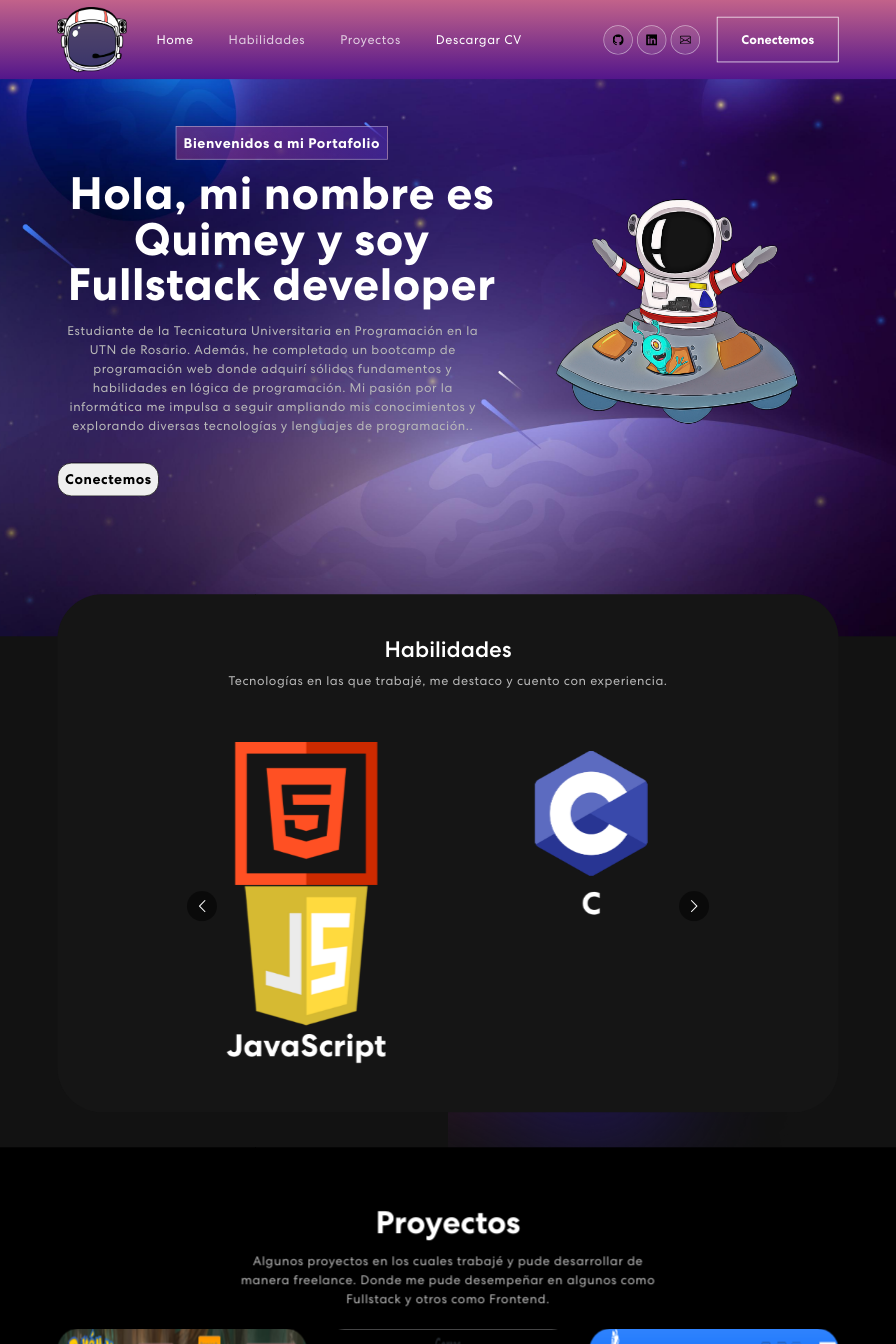
Repository: QuimeyAlejo/Portafolio-V2
Page: /
An editor plug-in stored every save of this project. The page is shown before and after a run of saves, followed by the edit.
The browser window is 1280 px wide. The pictures show the part of the page from y = 0 to 1920 px (the page is 3376 px tall before and 3682 px after), at 70% of full size.
The project was rebuilt for these pictures with package versions that can differ from the ones it lists, and the page was loaded fresh each time. Imported but missing from the stored project, and not drawn on this page: src/components/Curriculum/QuimeyAlejoLopezDeveloper.pdf.

Above is the page before, as saved 2024-04-29 11:00:17.

### public/index.html
<!DOCTYPE html>
<html lang="en">
  <head>
    <meta charset="utf-8" />
    <link rel="icon" href="/gsd.png" />
    <meta name="viewport" content="width=device-width, initial-scale=1" />
    <meta name="theme-color" content="#000000" />
    <meta
      name="description"
      content="Web site created using create-react-app"
    />
    <link rel="apple-touch-icon" href="/gsd.png" />
    <!--
      manifest.json provides metadata used when your web app is installed on a
      user's mobile device or desktop. See https://developers.google.com/web/fundamentals/web-app-manifest/
    -->
    <link rel="manifest" href="%PUBLIC_URL%/manifest.json" />
    <!--
      Notice the use of %PUBLIC_URL% in the tags above.
      It will be replaced with the URL of the `public` folder during the build.
      Only files inside the `public` folder can be referenced from the HTML.

      Unlike "/favicon.ico" or "favicon.ico", "%PUBLIC_URL%/favicon.ico" will
      work correctly both with client-side routing and a non-root public URL.
      Learn how to configure a non-root public URL by running `npm run build`.
    -->
    <title>Quimey Alejo Lopez</title>
  </head>
  <body>
    <noscript>You need to enable JavaScript to run this app.</noscript>
    <div id="root"></div>
    <!--
      This HTML file is a template.
      If you open it directly in the browser, you will see an empty page.

      You can add webfonts, meta tags, or analytics to this file.
      The build step will place the bundled scripts into the <body> tag.

      To begin the development, run `npm start` or `yarn start`.
      To create a production bundle, use `npm run build` or `yarn build`.
    -->
  </body>
</html>

### src/pages/Home.jsx
import React from 'react'
import NavBar from '../components/NavBar/NavBar'
import Banner from '../components/Banner/Banner'
import Skills from '../components/Skills/Skills'
import Projects from '../components/Projects/Projects'
import Contact from '../components/Contact/Contact'
import Footer from '../components/Footer/Footer'

function Home() {
  return (
    <div>
        <NavBar/>
        <Banner />
        <Skills />
        <Projects />
        <Contact />
        <Footer />
    </div>
  )
}

export default Home

### src/components/NavBar/NavBar.jsx
import React, {useState, useEffect} from 'react';
import Container from 'react-bootstrap/Container';
import Nav from 'react-bootstrap/Nav';
import Navbar from 'react-bootstrap/Navbar';
import logo from '../../assets/img/logo.png';
import logogith from '../../assets/img/github.svg'
import logolink from '../../assets/img/linkedin.svg'
import logomail from '../../assets/img/envelope.svg'
import CV from '../Curriculum/QuimeyAlejoLopezDeveloper.pdf'



function NavBar() {

    const [activeLink, setActiveLink] = useState('home');
    const [scrolled, setScrolled] = useState(false)

    useEffect(() => {
        if (window.scrollY > 50) {
            setScrolled(true)
        }else{
            setScrolled(false)
        }

        window.addEventListener('scroll', onscroll)
        return () => window.removeEventListener('scroll', onscroll)
    }, [])

    const onUpdateActiveLink = (value) => {
        setActiveLink(value);
    }

  return (
    <Navbar expand="lg" className={scrolled ? 'scrolled' : '' }>
      <Container>
        <Navbar.Brand href="#home">
            <img className='imgLogo' src={logo} alt='logo'/>
        </Navbar.Brand>
        <Navbar.Toggle aria-controls="basic-navbar-nav">
            <span className='navbar-toggler-icon'></span>
        </Navbar.Toggle>
        <Navbar.Collapse id="basic-navbar-nav">
          <Nav className="me-auto">
          <Nav.Link href="#home" className={activeLink === 'home' ? 'active navbar-link' : 'navbar-link'} onClick={() => onUpdateActiveLink('home')}>Home</Nav.Link>
            <Nav.Link href="#skills" className={activeLink === 'skills' ? 'active navbar-link' : 'navbar-link'} onClick={() => onUpdateActiveLink('skills')}>Habilidades</Nav.Link>
            <Nav.Link href="#projects" className={activeLink === 'projects' ? 'active navbar-link' : 'navbar-link'} onClick={() => onUpdateActiveLink('projects')}>Proyectos</Nav.Link>

           <Nav.Link href={CV} download className={activeLink === 'home' ? 'active navbar-link' : 'navbar-link'}>Descargar CV</Nav.Link>
          </Nav>
          <span className="navbar-text">
            <div className="social-icon">
                <a href='https://github.com/QuimeyAlejo'><img src={logogith} alt='logogit'/></a>
                <a href='https://www.linkedin.com/in/quimey-alejo-lopez-199431202/'><img src={logolink} alt='logolinked'/></a>
                <a href='mailto:qalopez2000@gmail.com'><img src={logomail} alt="logomail" /></a>
            </div>
            <a href='mailto:qalopez2000@gmail.com'><button className='vvd'><span>Conectemos</span></button></a>
          </span>
        </Navbar.Collapse>
      </Container>
    </Navbar>
  )
}

export default NavBar

### src/components/Banner/Banner.jsx
import React, { useState, useEffect } from "react";
import { Col, Container, Row } from "react-bootstrap";
import Aos from "aos";
import "aos/dist/aos.css";
import headerImg from "../../assets/img/astronauta4.png";
import styles from "./banner.module.css";

function Banner() {
  const [loopNum, setLoopNum] = useState(0);
  const [isDeleting, setIsDeleting] = useState(false);
  const [text, setText] = useState("");
  const [delta, setDelta] = useState(300 - Math.random() * 100);
  const toRotate = ["Fullstack developer"];
  const period = 2000;

  useEffect(() => {
    let ticker = setInterval(() => {
      tick();
    }, delta);

    return () => {
      clearInterval(ticker);
    };
  }, [text]);

  function tick() {
    let i = loopNum % toRotate.length;
    let fullText = toRotate[i];
    let updatedText = isDeleting
      ? fullText.substring(0, text.length - 1)
      : fullText.substring(0, text.length + 1);

    setText(updatedText);

    if (isDeleting) {
      setDelta((prevDelta) => prevDelta / 2);
    }

    if (!isDeleting && updatedText === fullText) {
      setIsDeleting(true);
      setDelta(period);
    } else if (isDeleting && updatedText === "") {
      setIsDeleting(false);
      setLoopNum(loopNum + 1);
      setDelta(500);
    }
  }

  useEffect(() => {
    Aos.init({ duration: 1000 });
  }, []);

  return (
    <section className={styles.banner} id="home">
      <Container>
        <Row className="align-items-center">
          <Col xs={12} md={6} xl={7}>
            <div className="" data-aos="fade-right">
              <span className={styles.tagline}>
                Bienvenidos a mi Portafolio
              </span>
              <h1>
                {"Hola, mi nombre es Quimey y soy "}
                <span className={styles.wrap}>{text}</span>
              </h1>
              <p>
             Estudiante de la Tecnicatura Universitaria en Programación en la UTN de Rosario. Además, he
completado un bootcamp de programación web donde adquirí sólidos fundamentos y habilidades en
lógica de programación. Mi pasión por la informática me impulsa a seguir ampliando mis
conocimientos y explorando diversas tecnologías y lenguajes de programación..{" "}
              </p>
              <a href='mailto:devquimeyalopez@gmail.com'>
                <button>Conectemos</button>
              </a>
            </div>
          </Col>
          <Col xs={12} md={6} xl={5}>
            <div className="" data-aos="fade-left">
              <img
                className={styles.imgBanner}
                src={headerImg}
                alt="Headder Img"
              />
            </div>
          </Col>
        </Row>
      </Container>
    </section>
  );
}

export default Banner;

### src/components/Skills/Skills.jsx
import React from 'react'
import styles from './skills.module.css'
import { Container, Row, Col } from 'react-bootstrap';
import Carousel from 'react-multi-carousel';
import logohtml from '../../assets/img/html.png'
import logocss from '../../assets/img/css.png'
import logojs from '../../assets/img/javascript.png'
import logoreact from '../../assets/img/react.png'
import logoredux from '../../assets/img/redux.png'
import logobootstrap from '../../assets/img/bootstrap.png'
import logonode from '../../assets/img/node.png'
import logoexpress from '../../assets/img/express.png'
import logopost from '../../assets/img/postgresql.png'
import logoseq from '../../assets/img/sequelize.png'
import colorSharp from '../../assets/img/color-sharp.png'
import logoC from "../../assets/img/C.png"

function Skills() {
    const responsive = {
        superLargeDesktop: {
          // the naming can be any, depends on you.
          breakpoint: { max: 4000, min: 3000 },
          items: 5
        },
        desktop: {
          breakpoint: { max: 3000, min: 1024 },
          items: 3
        },
        tablet: {
          breakpoint: { max: 1024, min: 464 },
          items: 2
        },
        mobile: {
          breakpoint: { max: 464, min: 0 },
          items: 1
        }
      };
  return (
    <section className={styles.skill} id='skills'>
        <Container>
            <Row>
                <Col>
                    <div className={styles.skillbx}>
                        <h2>
                            Habilidades
                        </h2>
                        <p>Tecnologías en las que trabajé, me destaco y cuento con experiencia.</p>
                        <Carousel responsive={responsive} infinite={true} className={styles.skillSlider}>
                            <div className={styles.image}>
                                <img className={styles.imgCar} src={logohtml} alt="logo html" />
                            <div className={styles.image}>
                                <img className={styles.imgCar} src={logojs} alt="logo js" />
                                <h5>JavaScript</h5>
                            </div>
                            </div>
                            <div className={styles.image}>
                                <img className={styles.imgCar} src={logoC} alt="logo html" />
                                <h5>C</h5>
                            </div>
                            <div className={styles.image}>
                                <img className={styles.imgCar} src={logoreact} alt="logo react" />
                                <h5>React Js</h5>
                            </div>
                            <div className={styles.image}>
                                <img className={styles.imgCar} src={logonode} alt="logo node" />
                                <h5>Node Js</h5>
                            </div>
                                <h5>HTML</h5>

                            <div className={styles.image}>
                                <img className={styles.imgCar} src={logocss} alt="logo css" />
                                <h5>CSS</h5>
                            </div>
                            <div className={styles.image}>
                                <img className={styles.imgCar} src={logoreact} alt="logo react" />
                                <h5>React Js</h5>
                            </div>
                            <div className={styles.image}>
                                <img className={styles.imgCar} src={logoredux} alt="logo redux" />
                                <h5>Redux</h5>
                            </div>
                            <div className={styles.image}>
                                <img className={styles.imgCar} src={logobootstrap} alt="logo bootstrap" />
                                <h5>Bootstrap</h5>
                            </div>

                            <div className={styles.image}>
                                <img className={styles.imgCar} src={logoexpress} alt="logo express" />
                                <h5>Express Js</h5>
                            </div>
                            <div className={styles.image}>
                                <img className={styles.imgCar} src={logopost} alt="logo postgresql" />
                                <h5>PostgreSQL</h5>
                            </div>
                            <div className={styles.image}>
                                <img className={styles.imgCar} src={logoseq} alt="logo sequelize" />
                                <h5>Sequelize</h5>
                            </div>
                        </Carousel>
                    </div>
                </Col>
            </Row>
        </Container>
        <img className={styles.backgroundImageLeft} src={colorSharp} alt="colorsharp" />
    </section>
  )
}

export default Skills

### src/components/Footer/Footer.jsx
import React from 'react';
import { Col, Container, Row } from 'react-bootstrap';
import logo from '../../assets/img/logo.png';
import logogith from '../../assets/img/github.svg';
import logolink from '../../assets/img/linkedin.svg';
import logomail from '../../assets/img/envelope.svg'
import './footer.css'


function Footer() {
  return (
    <footer className='footer'>
        <Container>
            <Row className='align-item-center'>
                <Col sm={6}>
                    <img className='imgLogo' src={logo} alt="logo footer" />
                </Col>
                <Col sm={6} className='text-center text-sm-end'>
                    <div className='social-icon'>
                        <a href='https://github.com/QuimeyAlejo'> <img src={logogith} alt="logo gith" /> </a>
                        <a href='https://www.linkedin.com/in/quimey-alejo-lopez-199431202/'> <img src={logolink} alt="logo link" /> </a>
                        <a href='devquimeyalopez@gmail.com'><img src={logomail} alt="logomail" /></a>
                    </div>
                    <p>CopyRight 2024. All Right Reserved</p>
                </Col>
            </Row>
        </Container>
    </footer>
  )
}

export default Footer

### src/components/Banner/banner.module.css
.imgBanner{
    width: 100%;
}
.banner{
    margin-top: -80px;
    padding: 260px 0 200px 0;
    background-image: url(../../assets/img/5437630.jpg);
    /* background-image: url(../../assets/img/html.jpg); */
    background-position: top center;
    background-size: cover;
    background-repeat: no-repeat;
}
.banner .tagline {
    font-weight: 700;
    letter-spacing: 0.8px;
    padding: 8px 10px;
    background: linear-gradient(90.21deg, rgba(170, 54, 124, 0.5) -5.91%, rgba(74, 47, 189, 0.5) 111.58%);
    border: 1px solid rgba(255, 255, 255, 0.5);
    font-size: 20px;
    margin-bottom: 16px;
    display: inline-block;
}
.banner h1 {
    font-size: 65px;
    font-weight: 700;
    letter-spacing: 0.8px;
    line-height: 1;
    margin-bottom: 20px;
    display: block;
}
.banner p {
    color: #b8b8b8;
    font-size: 18px;
    letter-spacing: 0.8px;
    line-height: 1.5em;
    width: 96%;
}
.banner button {
    /* color: #fff; */
    font-weight: 700;
    font-size: 20px;
    padding: 8px 10px;
    border: 1px solid black;
    border-radius: 20px;
    margin-top: 40px;
    letter-spacing: 0.8px;
    display: flex;
    align-items: center;
}
.banner a {
    text-decoration: none;
}
.banner button svg {
    margin-left: 5px;
}
.banner button:hover svg {
    margin-left: 25px;
}
.banner img {
    animation: updown 3s linear infinite;
}
@keyframes updown {
    0% {
        transform: translateY(-20px);
    }
    50% {
        transform: translateY(20px);
    }
    100% {
        transform: translateY(-20px);
    }
}
.txt-rotate > .wrap {
    border-right: 0.08em solid #666;
}

### src/components/Skills/skills.module.css
.skill {
    padding: 0 0 50px 0;
    position: relative;
}
.skillbx {
    background: #151515;
    border-radius: 64px;
    text-align: center;
    padding: 60px 50px;
    margin-top: -60px;
}
.skill h5 {
    font-size: 45px;
    font-weight: 700;
}
.skill p {
    color: #b8b8b8;
    font-size: 18px;
    letter-spacing: 0.8px;
    line-height: 1.5rem;
    margin: 14px 0 75px 0;
}
.skillSlider {
    width: 80%;
    margin: 0 auto;
    position: relative;
}
.skillSlider .item img{
    width: 50%;
    margin: 0 auto 15px auto;
}
.imgCar {
    width: 50%;
}
.backgroundImageLeft {
    top: 28%;
    position: absolute;
    bottom: 0;
    width: 40%;
    z-index: -4;
}

### src/components/Projects/projects.module.css
.project {
    padding: 80px 0;
    position: relative;
    background-color: black;
}
.project h2 {
    font-size: 45px;
    font-weight: 700;
    text-align: center;
}
.project p {
    color: #b8b8b8;
    font-size: 18px;
    letter-spacing: 0.8px;
    line-height: 1.5em;
    margin: 14px auto 30px auto;
    text-align: center;
    width: 56%;
}
.project .nav.nav-pills {
    width: 72%;
    margin: 0 auto;
    border-radius: 50px;
    background-color: rgb(255, 255, 255 / 10%);
    overflow: hidden;
}
.project .nav.nav-pills .nav-item {
    width: 33.33333%;
}
.project .nav.nav-pills .nav-link {
    background-color: transparent;
    border-radius: 0;
    padding: 17px 0;
    color: #fff;
    width: 100%;
    font-size: 17px;
    letter-spacing: 0.8px;
    font-weight: 500;
    position: relative;
    transition: 0.3s ease-in-out;
    text-align: center;
    z-index: 0;
}
.project .nav.nav-pills .nav-link::before {
    content: '';
    position: absolute;
    width: 0;
    height: 100%;
    background: linear-gradient(90.21deg, #AA367C -5.91%, #4A2FBD 111.58%);
    top: 0;
    left: 0;
    z-index: -1;
    transition: 0.3s ease-in-out;
}
.project .nav.nav-pills .nav-link.active::before {
    width: 100% !important;
}
.project .nav.nav-pills .nav-link.active {
    border: 1px solid rgba(255, 255, 255, 1);
}
.nav-link#projects-tabs-tab-first {
    border: 1px solid rgba(255, 255, 255, 0.5);
    border-radius: 55px 0px 0px 0px;
}
.nav-link#projects-tabs-tab-second {
    border-top: 1px solid rgba(255, 255, 255, 0.5);
    border-bottom: 1px solid rgba(255, 255, 255, 0.5);
}
.nav-link#projects-tabs-tab-third {
    border: 1px solid rgba(255, 255, 255, 0.5);
    border-radius: 0 55px 0;
}
.backgroundimageright {
    top: 20%;
    position: absolute;
    bottom: 0;
    width: 35%;
    right: 0;
    z-index: -4;
}
/* -----------------------CARD -------------------------------------------------*/
.projimgbx {
    position: relative;
    border-radius: 30px;
    overflow: hidden;
    margin-bottom: 24px;
    height: 90%;
}
.projimgbx img {
height: 420px;
}
.projimbgx::before {
    content: '';
    background: linear-gradient(90.21deg, #AA367C -5.91%, #4A2FBD 111.58%);
    opacity: 0.85;
    position: absolute;
    width: 100%;
    height: 0;
    transition: 0.4s ease-in-out;
}
.projimgbx:hover::before {
    height: 100%;
}
.projtxtx {
    position: absolute;
    text-align: center;
    top: 65%;
    left: 50%;
    transform: translate(-50%, -50%);
    transition: 0.5s ease-in-out;
    opacity: 0;
    width: 100%;
}
.projimgbx:hover .projtxtx {
    top: 50%;
    opacity: 1;
    background-color: black;
    border: 1px solid;
    border-radius: 10px;
}
.projtxtx h4 {
    font-size: 30px;
    font-weight: 700;
    letter-spacing: 0.8px;
    line-height: 1.1em;
}
.projtxtx span {
    font-size: italic;
    font-weight: 400;
    font-size: 15px;
    letter-spacing: 0.8px;
}
.buttonCard{
    font-weight: 700;
    font-size: 14px;
    padding: 8px 10px;
    border: 1px solid black;
    border-radius: 20px;
    letter-spacing: 0.8px;
    margin-left: 10px;
}
.buttonCard:hover svg{
    margin-left: 10px;
}

### src/components/Contact/contact.css
.contact {
  background: linear-gradient(90.21deg, #aa367c -5.91%, #4a2fbd 111.58%);
  padding: 100px 0 200px 0;
}
.contact img {
  width: 92%;
}
.contact h2 {
  font-size: 45px;
  font-weight: 700;
  margin-bottom: 30px;
}
.contact form input,
.contact form textarea {
  width: 100%;
  background: rgba(255, 255, 255, 0.1);
  border: 1px solid rgba(255, 255, 255, 0.5);
  border-radius: 20px;
  color: #fff;
  margin: 0 0 8px 0;
  padding: 18px 26px;
  font-weight: 500;
  font-size: 18px;
  letter-spacing: 0.8px;
  transition: 0.3s ease-in-out;
}
.containerInput {
    display: flex;
}
#inputEm {
    width: 96%;
    margin-left: 2%;
}
.contact form input:focus,
.contact form textarea:focus {
  background: rgba(255, 255, 255, 1);
  color: #121212;
}
.contact form input::placeholder,
.contact form textarea::placeholder {
  font-size: 16px;
  font-weight: 400;
  color: #fff;
}
.contact form input:focus::placeholder,
.contact form textarea:focus::placeholder {
  color: #121212;
  opacity: 0.8;
}
.contact form button {
  font-weight: 700;
  color: #000;
  background-color: #fff;
  padding: 14px 48px;
  font-size: 18px;
  margin-top: 25px;
  border-radius: 0;
  position: relative;
  transition: 0.3s ease-in-out;
  border-radius: 18px;
}
.contact form button span {
    z-index: 1;
    position: relative;
}
.contact form button:hover {
    color: #fff;
    border-radius: 18px;
}
.contact form button::before {
    content: "";
    background: #121212;
    width: 0;
    height: 100%;
    position: absolute;
    top: 0;
    left: 0;
    z-index: 0;
    transition: 0.3s ease-in-out;
    border-radius: 18px;
  }
  .contact form button:hover::before {
    width: 100%;
    border-radius: 18px;
  }

### src/components/Footer/footer.css
.footer {
    padding: 50px 0 50px 0;
    background-image: url(../../assets/img/footerbg.png);
    background-position: center center;
    background-size: cover;
    background-repeat: no-repeat;
}
.footer img {
    width: 26%;
}
.footer p {
    font-weight: 400;
    font-size: 14px;
    color: #b8b8b8;
    letter-spacing: 0.5px;
    margin-top: 20px;
}

Loaded but not shown: src/index.js (common file); src/index.css (common file); src/reportWebVitals.js (common file); src/App.js (14 lines, source omitted); src/components/Projects/Projects.jsx (140 lines, source omitted); src/App.css (246 lines, source omitted); src/components/Contact/Contact.jsx (144 lines, source omitted)

After the next 2 saves:
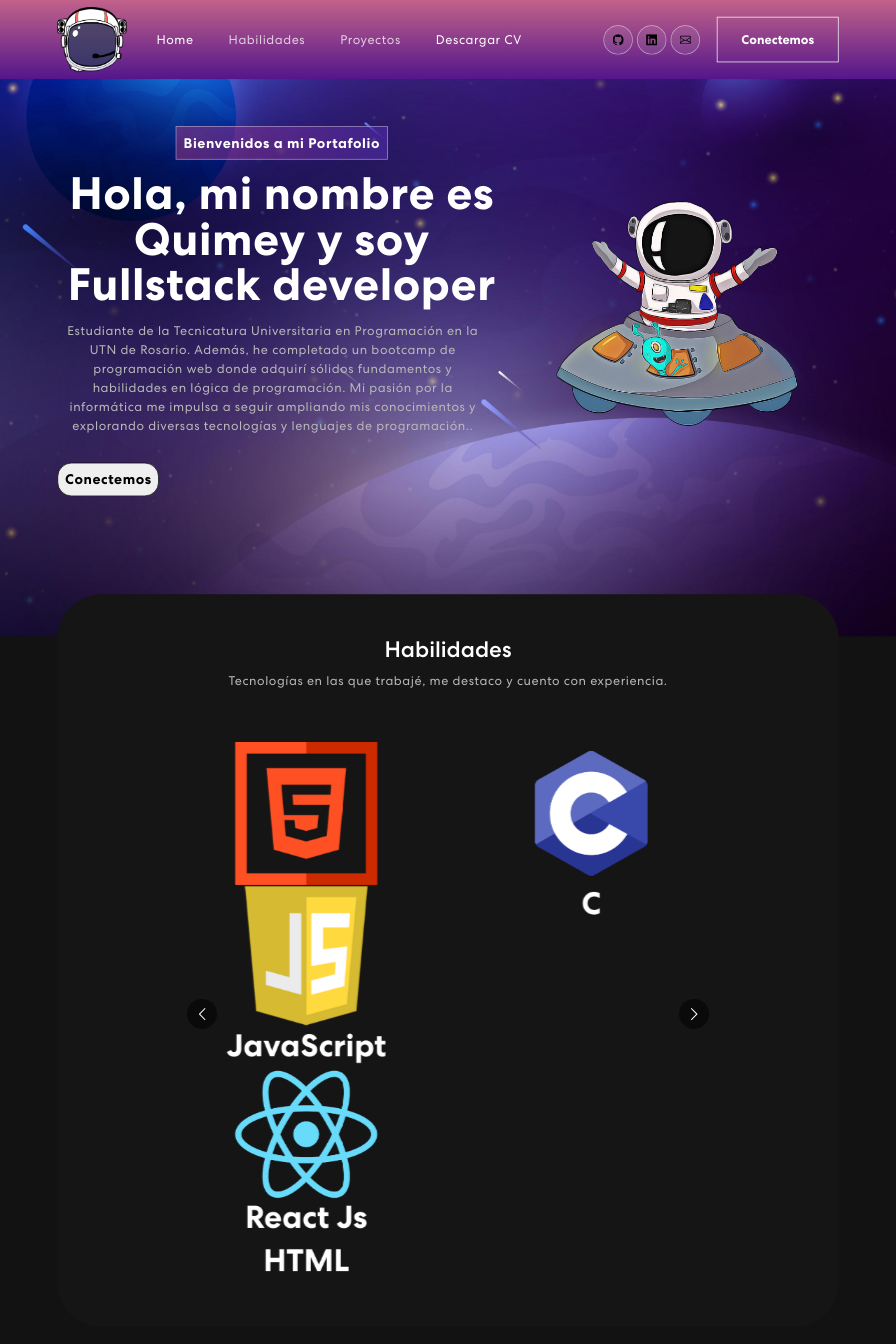
The 2 saves are shown as one change because 1 did not build or start.
The last was saved 30 s later.
--- a/src/components/Skills/Skills.jsx
+++ b/src/components/Skills/Skills.jsx
@@ -52,21 +52,16 @@
                                 <img className={styles.imgCar} src={logojs} alt="logo js" />
                                 <h5>JavaScript</h5>
                             </div>
+                            <div className={styles.image}>
+                                <img className={styles.imgCar} src={logoreact} alt="logo react" />
+                                <h5>React Js</h5>
+                            </div>
+                                <h5>HTML</h5>
                             </div>
                             <div className={styles.image}>
                                 <img className={styles.imgCar} src={logoC} alt="logo html" />
                                 <h5>C</h5>
                             </div>
-                            <div className={styles.image}>
-                                <img className={styles.imgCar} src={logoreact} alt="logo react" />
-                                <h5>React Js</h5>
-                            </div>
-                            <div className={styles.image}>
-                                <img className={styles.imgCar} src={logonode} alt="logo node" />
-                                <h5>Node Js</h5>
-                            </div>
-                                <h5>HTML</h5>
-
                             <div className={styles.image}>
                                 <img className={styles.imgCar} src={logocss} alt="logo css" />
                                 <h5>CSS</h5>
